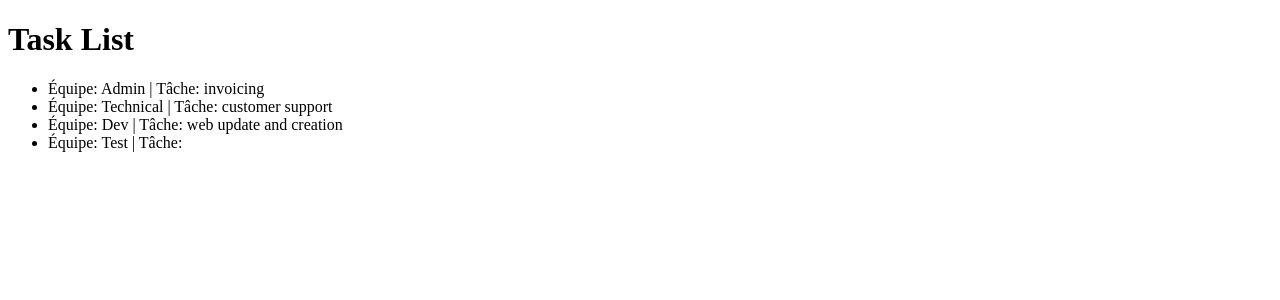
Repository: 0Memo/tasksHandler
Page: http://localhost/tasks
These files come from the project's save history. The page is drawn as it stood at one moment and after the next save; the edit follows.
The browser window is 1280 px wide. The pictures show the whole page.
The page is served by the project's Laravel application, run on PHP 8.4 with Laravel 10. Other server files are loaded and not shown.

Above is the page before, as saved 2023-05-22 13:43:35.

### routes/web.php
<?php

use App\Http\Controllers\HomeController;
use App\Http\Controllers\TaskController;
use Illuminate\Support\Facades\Route;

/*
|--------------------------------------------------------------------------
| Web Routes
|--------------------------------------------------------------------------
|
| Here is where you can register web routes for your application. These
| routes are loaded by the RouteServiceProvider and all of them will
| be assigned to the "web" middleware group. Make something great!
|
*/

Route::get('/', [HomeController::class, 'index']);

Route::get('/tasks', [TaskController::class, 'list']);
Route::get('/task/{name?}', [TaskController::class, 'showTask']);

### app/Http/Controllers/TaskController.php
<?php

namespace App\Http\Controllers;

use Illuminate\Http\Request;

class TaskController extends Controller
{
    public function showTask(string $name = '')
    {
        $tasksList = [
            'admin' => [
                'team_name' => 'Admin',
                'task' => 'invoicing'
            ],
            'technical' => [
                'team_name' => 'Technical',
                'task' => 'customer support'
            ],
            'dev' => [
                'team_name' => 'Dev',
                'task' => 'web update and creation'
            ],
            'test' => [
                'team_name' => 'Test',
                'task' => ''
            ]
        ];

        if($name === '') {
            return 'Erreur: pas de tâche sélectionnée';
        }

        if(!isset($tasksList[$name])) {
            return 'Erreur: cette tâche n\'existe pas';
        }

        $task = $tasksList[$name];

        if(!$task['task']) {
            return 'Erreur: il n\'y a pas de tâche attribuée';
        }

        return view('task', [
            'task' => $task
        ]);
    }

    public function list()
    {
        $tasksList = [
            'admin' => [
                'team_name' => 'Admin',
                'task' => 'invoicing'
            ],
            'technical' => [
                'team_name' => 'Technical',
                'task' => 'customer support'
            ],
            'dev' => [
                'team_name' => 'Dev',
                'task' => 'web update and creation'
            ],
            'test' => [
                'team_name' => 'Test',
                'task' => ''
            ]
        ];

        return view('tasksList', [
            'tasks' => $tasksList
        ]);
    }
}

### resources/views/tasksList.blade.php
<!DOCTYPE html>
<html>
<head>
    <title>Liste de tâches par équipe</title>
</head>
<body>
    <h1>Task List</h1>
    <ul>
        @foreach($tasks as $task)
            <li>Équipe: {{ $task['team_name'] }} | Tâche: {{ $task['task'] }}</li>
        @endforeach
    </ul>
</body>
</html>

Loaded but not shown: app/Http/Controllers/Controller.php (common file)

After the next save:
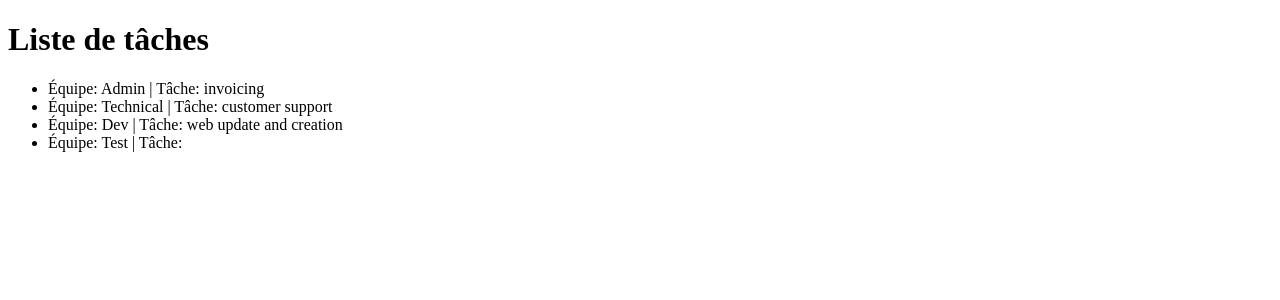
Saved 7 s later.
--- a/resources/views/tasksList.blade.php
+++ b/resources/views/tasksList.blade.php
@@ -4,7 +4,7 @@
     <title>Liste de tâches par équipe</title>
 </head>
 <body>
-    <h1>Task List</h1>
+    <h1>Liste de tâches</h1>
     <ul>
         @foreach($tasks as $task)
             <li>Équipe: {{ $task['team_name'] }} | Tâche: {{ $task['task'] }}</li>
